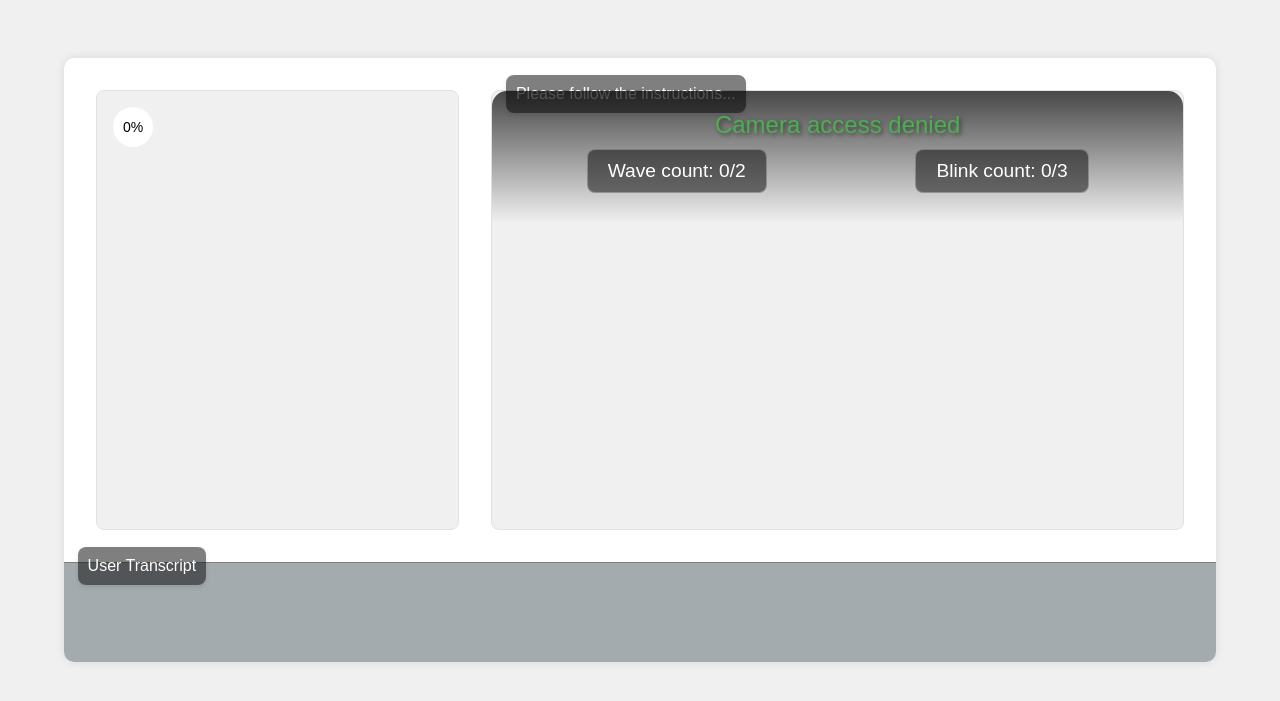
Repository: Ayaanns/E-kyc-BE-project
Page: http://localhost/
These files come from the project's save history. The page is drawn as it stood at one moment and after the next save; the edit follows.
The browser window is 1280 px wide. The pictures show the whole page.
The page is served by the project's application, run on Django 4.2 (manage.py). A made-up administrator, testuser (Test User, test@example.com), is signed in. Other server files are loaded and not shown.

Above is the page before, as saved 2025-03-02 02:12:31.

### templates/home.html
<!DOCTYPE html>
<html lang="en">
<head>
    {% load static %}
    <meta charset="UTF-8">
    <meta name="viewport" content="width=device-width, initial-scale=1.0">
    <link rel="stylesheet" href="{% static 'styles.css' %}">
    <style>
        .webcam-feed {
            position: relative;
            width: 100%;
            height: auto;
        }

        .webcam-feed video {
            width: 100%;
            height: auto;
            border-radius: 15px;
            object-fit: cover;
        }

        /* Overlay container for status indicators */
        .status-overlay {
            position: absolute;
            top: 0;
            left: 0;
            right: 0;
            z-index: 10;
            padding: 20px;
            background: linear-gradient(to bottom, rgba(0,0,0,0.7) 0%, transparent 100%);
            border-radius: 15px 15px 0 0;
        }

        .status-indicators {
            display: flex;
            justify-content: space-around;
            margin: 10px 0;
            font-size: 1.2em;
        }

        .status-box {
            background: rgba(0,0,0,0.5);
            padding: 10px 20px;
            border-radius: 8px;
            text-align: center;
            color: white;
            border: 1px solid rgba(255,255,255,0.3);
        }

        .verification-message {
            font-size: 1.5em;
            color: #4caf50;
            text-align: center;
            margin: 0 0 10px 0;
            text-shadow: 2px 2px 4px rgba(0,0,0,0.5);
        }

        .questions {
            position: absolute;
            /* bottom: 20px; */
            /* left: 0;
            right: 0; */
            text-align: center;
            color: white;
            background: rgba(0,0,0,0.5);
            padding: 10px;
            margin: 0 20px;
            border-radius: 8px;
        }
    </style>
</head>
<body>
    <div class="container">
        <div class="content">
            <div class="result-feed">
                <div class="completion-circle" id="completion-circle">0%</div>
            </div>
            <div class="webcam-feed">
                <video id="webcam" autoplay></video>
                <div class="status-overlay">
                    <div class="verification-message" id="messageText">Starting verification...</div>
                    <div class="status-indicators">
                        <div class="status-box">
                            Wave count: <span id="waveCount">0</span>/2
                        </div>
                        <div class="status-box">
                            Blink count: <span id="blinkCount">0</span>/3
                        </div>
                    </div>
                </div>
                <canvas id="canvasElement" style="display:none;"></canvas>
                <div class="questions" id="questions">Please follow the instructions...</div>
            </div>
        </div>
        <div class="transcript-section">
            <span class="questions">User Transcript</span>
            <p id="transcript"></p>
        </div>
    </div>

    <script>
        // Existing initialization code
        const video = document.getElementById('webcam');
        const canvas = document.getElementById('canvasElement');
        const ctx = canvas.getContext('2d');
        let verificationComplete = false;

        // Initialize webcam with human verification
        async function initCamera() {
            try {
                const stream = await navigator.mediaDevices.getUserMedia({ video: true });
                video.srcObject = stream;
                startVerificationProcess();
            } catch (err) {
                console.error("Error accessing camera:", err);
                document.getElementById('messageText').textContent = "Camera access denied";
            }
        }

        // Process frames for verification
        function processFrame() {
            if (verificationComplete) return;

            if (video.readyState === video.HAVE_ENOUGH_DATA) {
                canvas.width = video.videoWidth;
                canvas.height = video.videoHeight;
                ctx.drawImage(video, 0, 0);

                const frameData = canvas.toDataURL('image/jpeg');

                // Update the fetch URL to match the Django URL pattern
                fetch('{% url "process_frame" %}', {
                    method: 'POST',
                    headers: {
                        'Content-Type': 'application/json',
                        'X-CSRFToken': getCookie('csrftoken')
                    },
                    body: JSON.stringify({
                        frame: frameData
                    })
                })
                .then(response => response.json())
                .then(data => {
                    updateVerificationUI(data);
                    if (!data.phase_complete) {
                        requestAnimationFrame(processFrame);
                    }
                })
                .catch(err => {
                    console.error("Error:", err);
                    requestAnimationFrame(processFrame);
                });
            } else {
                requestAnimationFrame(processFrame);
            }
        }

        // Update UI with verification status
        function updateVerificationUI(data) {
            document.getElementById('messageText').textContent = data.message;
            document.getElementById('waveCount').textContent = data.wave_count;
            document.getElementById('blinkCount').textContent = data.blink_count;

            // Calculate completion percentage
            const totalSteps = 5; // 2 waves + 3 blinks
            const completedSteps = data.wave_count + data.blink_count;
            const percentage = Math.round((completedSteps / totalSteps) * 100);
            updateProgressCircle(percentage);

            if (data.phase_complete) {
                verificationComplete = true;
                startNLPProcess();
            }
        }

        // Existing helper functions
        function updateProgressCircle(percentage) {
            const circle = document.getElementById('completion-circle');
            circle.textContent = percentage + '%';
            circle.style.background = `conic-gradient(#4caf50 ${percentage * 3.6}deg, #ddd ${percentage * 3.6}deg)`;
        }

        function updateTranscript(data) {
            const transcript = document.getElementById('transcript');
            transcript.textContent = `First Name: ${data.first_name}, Last Name: ${data.last_name}, Age: ${data.age}, Phone: ${data.phone}`;
        }

        function askQuestion(question) {
            const questionsDiv = document.getElementById('questions');
            questionsDiv.textContent = question;
        }

        function startVerificationProcess() {
            document.getElementById('messageText').textContent = "Wave your hand to begin";
            processFrame();
        }

        // Modified startNLPProcess
        function startNLPProcess() {
            document.getElementById('messageText').textContent = "Verification complete! Starting voice recognition...";
            fetch('/nlp_process/')
                .then(response => response.json())
                .then(data => {
                    if (data.status === 'success') {
                        updateTranscript(data);
                        askQuestion("NLP process complete.");
                    } else {
                        askQuestion("NLP process failed.");
                    }
                })
                .catch(error => console.error('Error:', error));
        }

        // Get CSRF token
        function getCookie(name) {
            let cookieValue = null;
            if (document.cookie && document.cookie !== '') {
                const cookies = document.cookie.split(';');
                for (let i = 0; i < cookies.length; i++) {
                    const cookie = cookies[i].trim();
                    if (cookie.substring(0, name.length + 1) === (name + '=')) {
                        cookieValue = decodeURIComponent(cookie.substring(name.length + 1));
                        break;
                    }
                }
            }
            return cookieValue;
        }

        // Start the process
        document.addEventListener('DOMContentLoaded', (event) => {
            initCamera();
        });
    </script>
</body>
</html>

### ekyc/models.py
from django.db import models
from django.contrib.auth.models import AbstractBaseUser, PermissionsMixin, BaseUserManager
from django.utils import timezone
import random

class CustomUserManager(BaseUserManager):
    def create_user(self, email, username, password=None, **extra_fields):
        if not email:
            raise ValueError("The Email field must be set")
        email = self.normalize_email(email)
        user = self.model(email=email, username=username, **extra_fields)
        user.set_password(password)
        user.save(using=self._db)
        return user

    def create_superuser(self, email, username, password=None, **extra_fields):
        #extra_fields.setdefault('is_staff', True)
        extra_fields.setdefault('is_superuser', True)

        # if not extra_fields.get('is_staff'):
        #     raise ValueError("Superuser must have is_staff=True.")
        if not extra_fields.get('is_superuser'):
            raise ValueError("Superuser must have is_superuser=True.")

        return self.create_user(email, username, password, **extra_fields)

class CustomUser(AbstractBaseUser, PermissionsMixin):
    email = models.EmailField(unique=True)
    username = models.CharField(max_length=150, unique=True)
    is_active = models.BooleanField(default=True)
    pin = models.CharField(max_length=6)
    created_at = models.DateTimeField(auto_now_add=True)
    expires_at = models.DateTimeField(default=timezone.now)
    is_verified = models.BooleanField(default=True)

    objects = CustomUserManager()

    USERNAME_FIELD = 'email'
    REQUIRED_FIELDS = ['username']

    def __str__(self):
        return self.email


    def generate_pin(self):
        self.pin = str(random.randint(100000, 999999))
        self.expires_at = timezone.now() + timezone.timedelta(minutes=2)
        self.save()
        return self.pin

    def verify_pin(self, entered_pin):
        if timezone.now() > self.expires_at:
            return False, "PIN has Expired!"

        if self.pin != entered_pin:
            return False, "Incorrect PIN!"

        self.is_verified = True
        self.save()
        return True, "Email Successfully Verified!"


#models for sending the code and receving the code.
# class SendCode(models.Model): #for sending the code
#     email = models.OneToOneField(CustomUser, null=True, on_delete=models.CASCADE)
#     send_code = models.CharField(max_length=20)
#
#     def __str__(self):
#         return self.send_code
#
# class ReceivedCode(models.Model): #for sending the code
#     email = models.OneToOneField(CustomUser, null=True, on_delete=models.CASCADE)
#     receive_code = models.CharField(max_length=20)
#
#     def __str__(self):
#         return self.receive_code

# Create your models here.
class KYCSession(models.Model):
    name = models.CharField(max_length=100)
    birth_date = models.DateField()
    id_card_image = models.ImageField(upload_to='id_cards/')
    liveness_score = models.FloatField()
    result = models.TextField()
    created_at = models.DateTimeField(auto_now_add=True)

    def __str__(self):
        return self.name

### ekyc/views.py
from django.shortcuts import render, redirect
from django.urls import reverse_lazy
from django.contrib.auth.decorators import login_required
from django.contrib.auth import login, authenticate, get_user_model
from django.contrib.messages.views import SuccessMessageMixin
from django.contrib.auth.views import LoginView
from django.contrib import messages
from django.core.mail import send_mail
from django.conf import settings
from django.http import JsonResponse
from django.views.decorators.csrf import csrf_exempt
import numpy as np
import cv2
import json
import base64

import threading

from .forms import CustomUserCreationForm, CustomAuthenticationForm, PinVerificationForm
from ekyc import logger
from .models import CustomUser
from .HumanV import HumanVerificationSystem
from .NLP import UserInfo, get_user_info
from .OCR import capture_image_with_guide, extract_text_with_confidence, extract_aadhar_details

User = get_user_model()

def send_verification_email(user):
    subject = "Email Verification PIN"
    message = f"""
    Hello {user.username},

    Your email verification PIN is: {user.pin}

    This PIN will expire in 24 hours.

    Thank you,
    Your Website Team
    """
    from_email = settings.DEFAULT_FROM_EMAIL
    recipient_list = [user.email]

    send_mail(subject, message, from_email, recipient_list)

@login_required
def ekyc_home(request):
    return render(request, 'home.html')

def signup_view(request):
    logger.info("into the signup page view")
    if request.method == 'POST':
        form = CustomUserCreationForm(request.POST)
        if form.is_valid():
            user = form.save(commit=False)
            user.is_active = True  # User needs to be active to log in
            user.is_verified = False  # But not verified yet
            user.generate_pin()
            user.save()

            # Send verification email
            send_verification_email(user)

            # Log in the user after signup
            raw_password = form.cleaned_data.get('password1')
            user = authenticate(email=user.email, password=raw_password)
            if user is not None:
                login(request, user)
                messages.success(request, f"Verification PIN sent to {user.email}.")
                return redirect('verify_pin')
    else:
        form = CustomUserCreationForm()
    return render(request, 'signup.html', {'form': form})

@login_required
def verify_pin(request):
    user = request.user

    if user.is_verified:
        messages.info(request, "Your email is already verified.")
        return redirect("ekyc_home")

    if request.method == "POST":
        form = PinVerificationForm(request.POST)
        if form.is_valid():
            entered_pin = form.cleaned_data.get('pin')
            success, message = user.verify_pin(entered_pin)

            if success:
                user.is_verified = True
                user.save()
                messages.success(request, message)
                return redirect('ekyc_home')
            else:
                messages.error(request, message)
    else:
        form = PinVerificationForm()

    return render(request, 'signup.html', {'form': form})

class Login(SuccessMessageMixin, LoginView):
    template_name = 'login.html'
    success_url = reverse_lazy('ekyc_home')
    success_message = "Successfully logged in!"
    form_class = CustomAuthenticationForm

    def get_success_url(self):
        return self.success_url

    def form_valid(self, form):
        """Security check complete. Log the user in."""
        user = form.get_user()
        if not user.is_verified:
            messages.error(self.request, "Please verify your email before logging in.")
            login(self.request, user)
            return redirect('verify_pin')
        return super().form_valid(form)

#--MAIN FEATURS HERE ---------------------------------
@login_required
def process_video(request):
    logger.info("INTO THE process_video PAGE RIGHT NOW!")
    if request.method == "POST":
        video_feed = request.FILES.get('video')
        liveness_score = 0.95
        return JsonResponse({'liveness_score': liveness_score})
    return JsonResponse({'error': 'invalide request'})


@login_required
def process_id_card(request):
    logger.info("INTO THE process_id_card PAGE RIGHT NOW!")
    if request.method == "POST":
        id_image = request.FILES.get('id_image')
        result = "Valid ID"
        return JsonResponse({'result': result})
    return JsonResponse({'error': 'invalide request'})

def home(request):
    return render(request, 'home.html')

@login_required
def human_verification(request):
    """Handle both GET (initial page load) and POST (frame processing) requests"""
    if request.method == 'GET':
        return render(request, 'human_verification.html')

    elif request.method == 'POST':
        try:
            data = json.loads(request.body)
            frame_data = data.get('frame')

            if not frame_data:
                return JsonResponse({
                    'status': 'error',
                    'message': 'No frame data provided'
                })

            # Process the frame using verifier
            frame_bytes = base64.b64decode(frame_data.split(',')[1])
            frame_arr = np.frombuffer(frame_bytes, np.uint8)
            frame = cv2.imdecode(frame_arr, cv2.IMREAD_COLOR)

            result = verifier.verify_frame(frame)
            return JsonResponse(result)

        except Exception as e:
            logger.error(f"Error in human verification: {str(e)}")
            return JsonResponse({
                'status': 'error',
                'message': str(e)
            })

    return JsonResponse({
        'status': 'error',
        'message': 'Invalid request method'
    })

def nlp_process(request):
    user_info = UserInfo()
    stop_event = threading.Event()
    info_thread = threading.Thread(target=get_user_info, args=(stop_event, user_info))
    info_thread.start()
    info_thread.join()
    return JsonResponse({
        'status': 'success',
        'first_name': user_info.first_name,
        'last_name': user_info.last_name,
        'age': user_info.age,
        'phone': user_info.phone
    })

def ocr_process(request):
    image_path = capture_image_with_guide()
    if not image_path:
        return JsonResponse({'status': 'failure', 'message': 'Image capture failed.'})

    text_results = extract_text_with_confidence(image_path)
    if not text_results:
        return JsonResponse({'status': 'failure', 'message': 'No text could be extracted from the image.'})

    details = extract_aadhar_details(text_results)
    return JsonResponse(details)

verifier = HumanVerificationSystem()

@csrf_exempt
def process_frame(request):
    if request.method != 'POST':
        return JsonResponse({'error': 'Only POST requests are allowed'})

    try:
        data = json.loads(request.body)
        frame_data = data.get('frame')

        if not frame_data:
            return JsonResponse({'error': 'No frame data provided'})

        # Convert base64 to frame
        frame_bytes = base64.b64decode(frame_data.split(',')[1])
        frame_arr = np.frombuffer(frame_bytes, np.uint8)
        frame = cv2.imdecode(frame_arr, cv2.IMREAD_COLOR)

        # Process frame
        result = verifier.verify_frame(frame)
        return JsonResponse(result)

    except Exception as e:
        return JsonResponse({'error': str(e)})

@csrf_exempt
def capture_photo(request):
    if request.method != 'POST':
        return JsonResponse({'error': 'Only POST requests are allowed'})

    try:
        data = json.loads(request.body)
        frame_data = data.get('frame')

        if not frame_data:
            return JsonResponse({'error': 'No frame data provided'})

        # Convert base64 to frame
        frame_bytes = base64.b64decode(frame_data.split(',')[1])
        frame_arr = np.frombuffer(frame_bytes, np.uint8)
        frame = cv2.imdecode(frame_arr, cv2.IMREAD_COLOR)

        # Save photo
        filename = verifier.save_photo(frame)
        if filename:
            return JsonResponse({'success': True, 'filename': filename})
        else:
            return JsonResponse({'error': 'Failed to save photo'})

    except Exception as e:
        return JsonResponse({'error': str(e)})

### ekyc_project/urls.py
"""
URL configuration for ekyc_project project.

The `urlpatterns` list routes URLs to views. For more information please see:
    https://docs.djangoproject.com/en/4.2/topics/http/urls/
Examples:
Function views
    1. Add an import:  from my_app import views
    2. Add a URL to urlpatterns:  path('', views.home, name='home')
Class-based views
    1. Add an import:  from other_app.views import Home
    2. Add a URL to urlpatterns:  path('', Home.as_view(), name='home')
Including another URLconf
    1. Import the include() function: from django.urls import include, path
    2. Add a URL to urlpatterns:  path('blog/', include('blog.urls'))
"""

from django.contrib import admin
from django.urls import path, include

urlpatterns = [
    path("admin/", admin.site.urls),
    path('', include('ekyc.urls')),  # Include ekyc app URLs
]

### ekyc/urls.py
from django.urls import path
from . import views

urlpatterns = [
    path('', views.ekyc_home, name="ekyc_home"),
    path('process_video/', views.process_video, name="process_video"),
    path('process_id_card/', views.process_id_card, name="process_id_card"),
    path('human_verification/', views.human_verification, name='human_verification'),
    path('nlp_process/', views.nlp_process, name='nlp_process'),
    path('ocr_process/', views.ocr_process, name='ocr_process'),
    path('process_frame/', views.process_frame, name='process_frame'),
    path('capture_photo/', views.capture_photo, name='capture_photo'),

    #login related routes
    path('login/', views.Login.as_view(), name="login"),
    path('signup/', views.signup_view, name="signup"),
    path('verify/', views.verify_pin, name="verify_pin"),
]

### ekyc/static/styles.css
* {
    margin: 0;
    padding: 0;
    box-sizing: border-box;
}

body {
    font-family: Arial, sans-serif;
    background-color: #f0f0f0;
    height: 100vh;
    display: flex;
    justify-content: center;
    align-items: center;
}

.container {
    width: 90%;
    max-width: 1200px;
    background: white;
    border-radius: 10px;
    box-shadow: 0 0 10px rgba(0,0,0,0.1);
    overflow: hidden;
}

.navbar {
    background: #f8f9fa;
    padding: 1rem;
    border-bottom: 1px solid #dee2e6;
}

.content {
    display: flex;
    padding: 2rem;
    gap: 2rem;
    height: 70vh;
}

.webcam-feed {
    flex: 2;
    background: #f0f0f0;
    border-radius: 8px;
    padding: 1rem;
    position: relative;
    border: 1px solid#dee2e6;
}

.result-feed {
    flex: 1;
    background: #f0f0f0;
    border-radius: 8px;
    padding: 1rem;
    border: 1px solid#dee2e6;
}

.questions {
    top: -1em;
    left: -.4em;
    position: absolute;
    background: white;
    padding: 0.5rem 1rem;
    border-radius: 20px;
    box-shadow: 0 2px 5px rgba(0,0,0,0.1);
}

.transcript-section {
    border-top: 1px solid gray;
    position: relative;
    text-align: left;
    background-color:#a3abaf;
    padding: 2em;
    height: 100px;
}

.completion-circle {
    right: 20px;
    bottom: 20px;
    width: 40px;
    height: 40px;
    border-radius: 50%;
    background: white;
    display: flex;
    align-items: center;
    justify-content: center;
    font-size: 14px;
}

/* Placeholder circles for demo */
/*
.circle {
    width: 100px;
    height: 100px;
    border-radius: 50%;
    border: 2px solid #dee2e6;
    margin: 20px auto;
}

.eye-shape {
    width: 200px;
    height: 100px;
    border-radius: 0 0 100px 100px;
    border: 2px solid #dee2e6;
    margin: 20px auto;
    transform: rotate(180deg);
}
*/

After the next save:
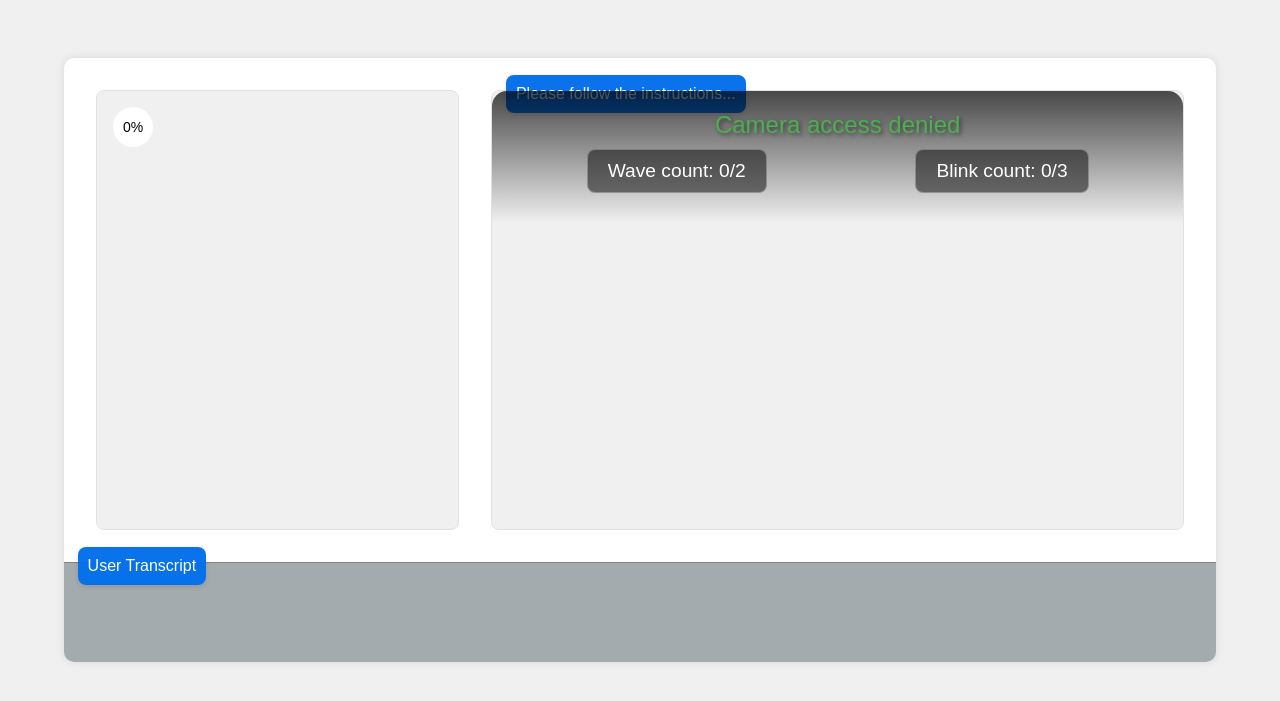
Saved 69 s later.
--- a/templates/home.html
+++ b/templates/home.html
@@ -62,7 +62,7 @@
             right: 0; */
             text-align: center;
             color: white;
-            background: rgba(0,0,0,0.5);
+            background: rgba(4, 112, 236, 0.973);
             padding: 10px;
             margin: 0 20px;
             border-radius: 8px;
